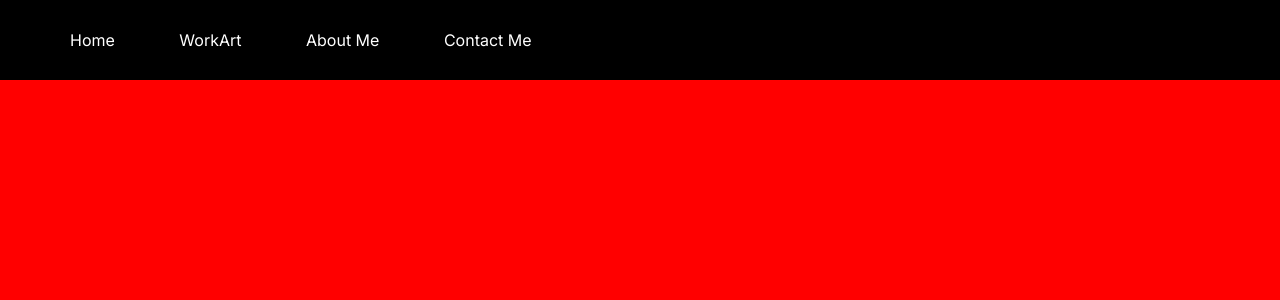
Repository: sius012/DiWorkbench
Page: index.html
The author's editor kept a copy of each file at every save. The page is drawn from the files as they stood at one save, then again after a run of saves.
The browser window is 1280 px wide. The pictures show the whole page.

Above is the page before, as saved 2023-04-06 20:20:28.

After the next 5 saves:
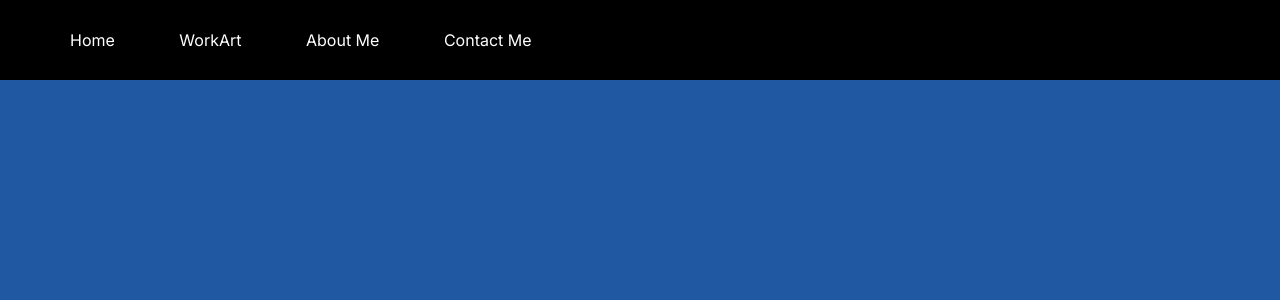
The 5 saves are shown as one change because they came seconds apart.
The last was saved 11 s later.
--- a/index.html
+++ b/index.html
@@ -13,7 +13,7 @@
       }
 
       body{
-        background-color: red
+        background-color: rgb(32, 88, 161)
       }
 
       .nav-cont li{
